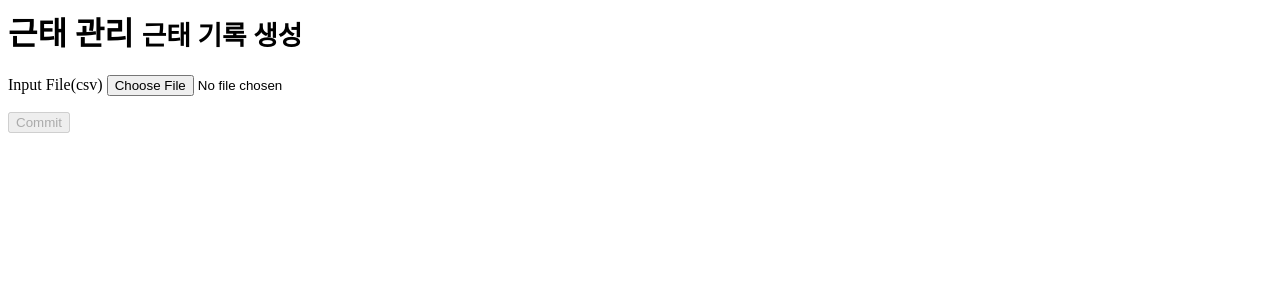
Repository: jkkang-somma/saram_20170803
Page: public/templates/createdataTemplate.html
The author's editor kept a record of every edit. The page is drawn from the files as they stood at one moment, then again after the next edit.
The browser window is 1280 px wide. The pictures show the whole page.

Above is the page before.

After the next edit:
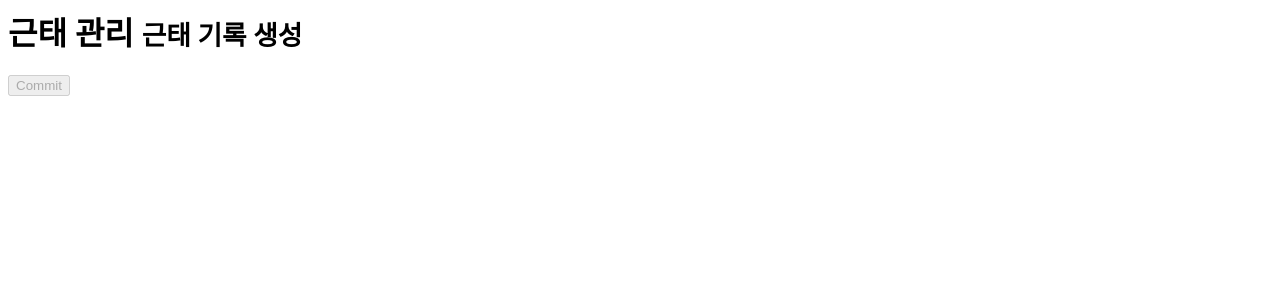
The edit:
--- a/public/templates/createdataTemplate.html
+++ b/public/templates/createdataTemplate.html
@@ -1,17 +1,6 @@
 <div class="container">
     <div class="page-header">
         <h1>근태 관리 <small>근태 기록 생성</small></h1>
-    </div>
-
-    <form role="form">
-        <div class="form-group">
-            <label for="inputRawDataFile" >Input File(csv)</label>
-            <input type="file" id="inputRawDataFile" accept=".csv">
-        </div>
-    </form>
-
-    <div id="rawDataErr" style="display:none">
-        <h5>Check Result! Error Count : <span>0</span></h5>
     </div>
 
     <table class="table" id="rawDataTable"></table>
